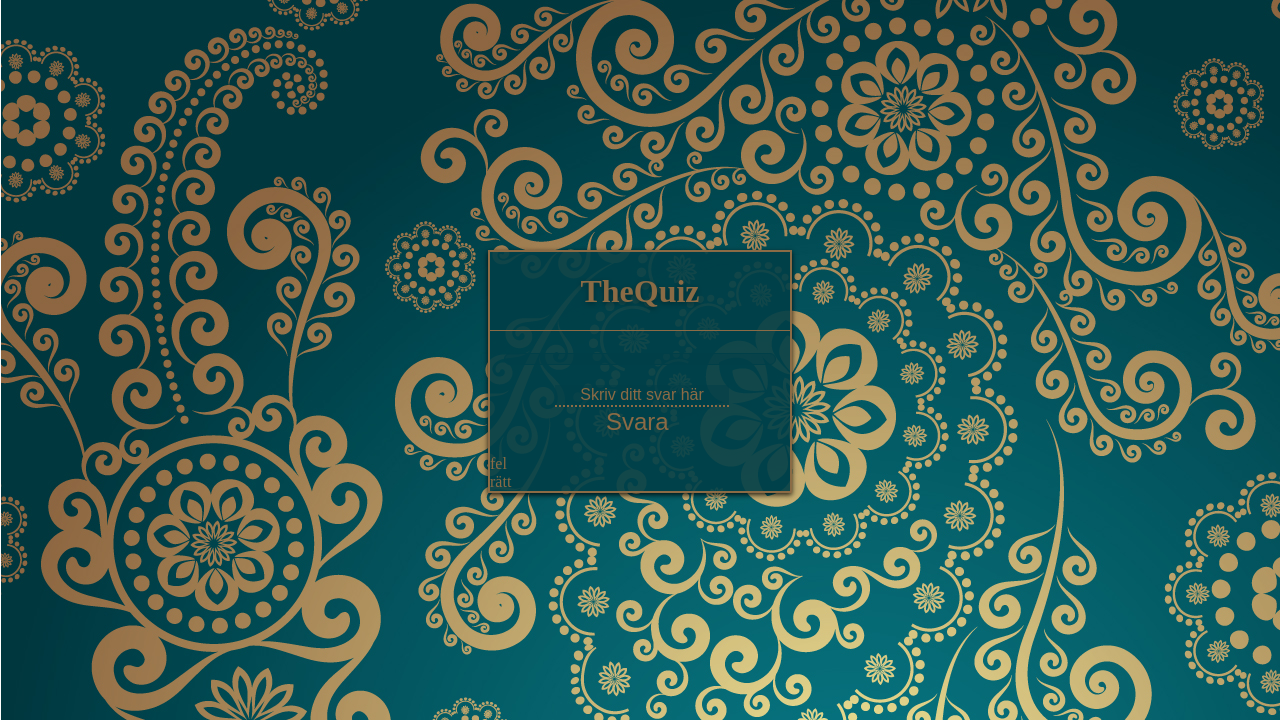
Repository: RebeccaFransson/1dv403-laborationer
Page: 4-thequiz/index.html
The author's editor kept a record of every edit. The page is drawn from the files as they stood at one moment, then again after the next edit.
The browser window is 1280 px wide. The pictures show the whole page.
The page's requests for data from a server got no answer.

Above is the page before.

After the next edit:
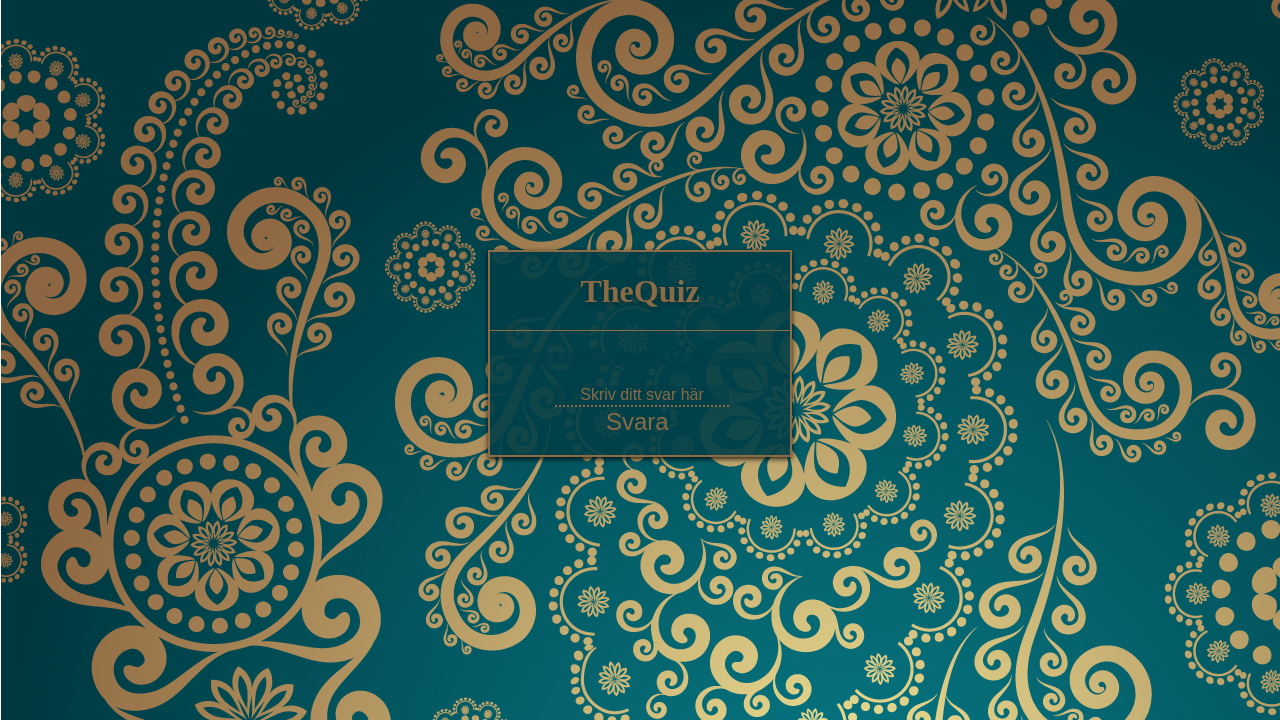
The edit:
--- a/4-thequiz/index.html
+++ b/4-thequiz/index.html
@@ -17,9 +17,7 @@
      		<p id="value"></p>
         </form>
 
-        <div id="wrong" class="hidden">fel
-        </div>
-        <div id="right" class="hidden">rätt
+        <div id="answer" class="hidden">
         </div>
 
  		</div>
